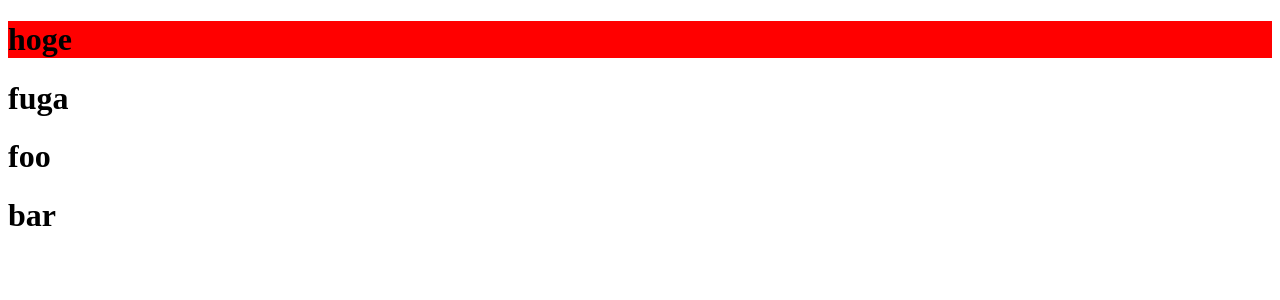
Repository: REO0315/samurai_HTML-CSS
Page: samurai/hoge.html
The author's editor kept a record of every edit. The page is drawn from the files as they stood at one moment, then again after the next edit.
The browser window is 1280 px wide. The pictures show the whole page.

Above is the page before.

### samurai/hoge.html
<!DOCTYPE html>
<html lang="ja">
<head>
    <meta charset="UTF-8">
    <title>Document</title>
        <style type="text/css">
            h1:first-child{
                background-color:red;
            }
        </style>
</head>
<body>
    <h1>hoge</h1>
    <h1>fuga</h1>
    <h1>foo</h1>
    <h1>bar</h1>
</body>
</html>

After the next edit:
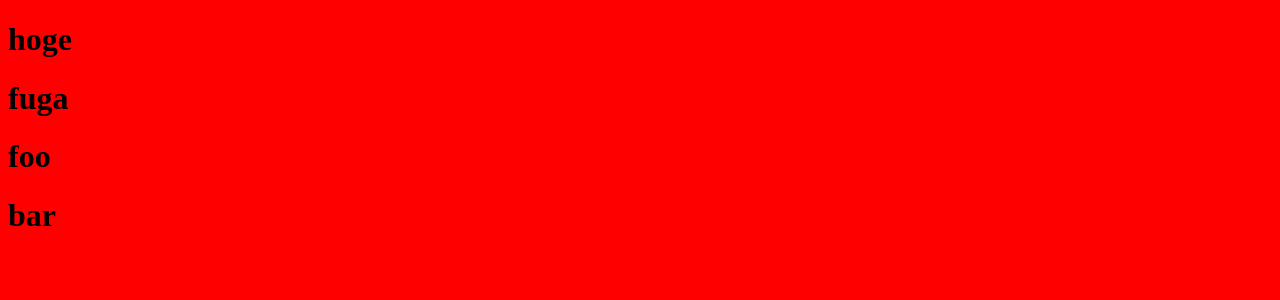
The edit:
--- a/samurai/hoge.html
+++ b/samurai/hoge.html
@@ -4,7 +4,7 @@
     <meta charset="UTF-8">
     <title>Document</title>
         <style type="text/css">
-            h1:first-child{
+            :root{
                 background-color:red;
             }
         </style>
